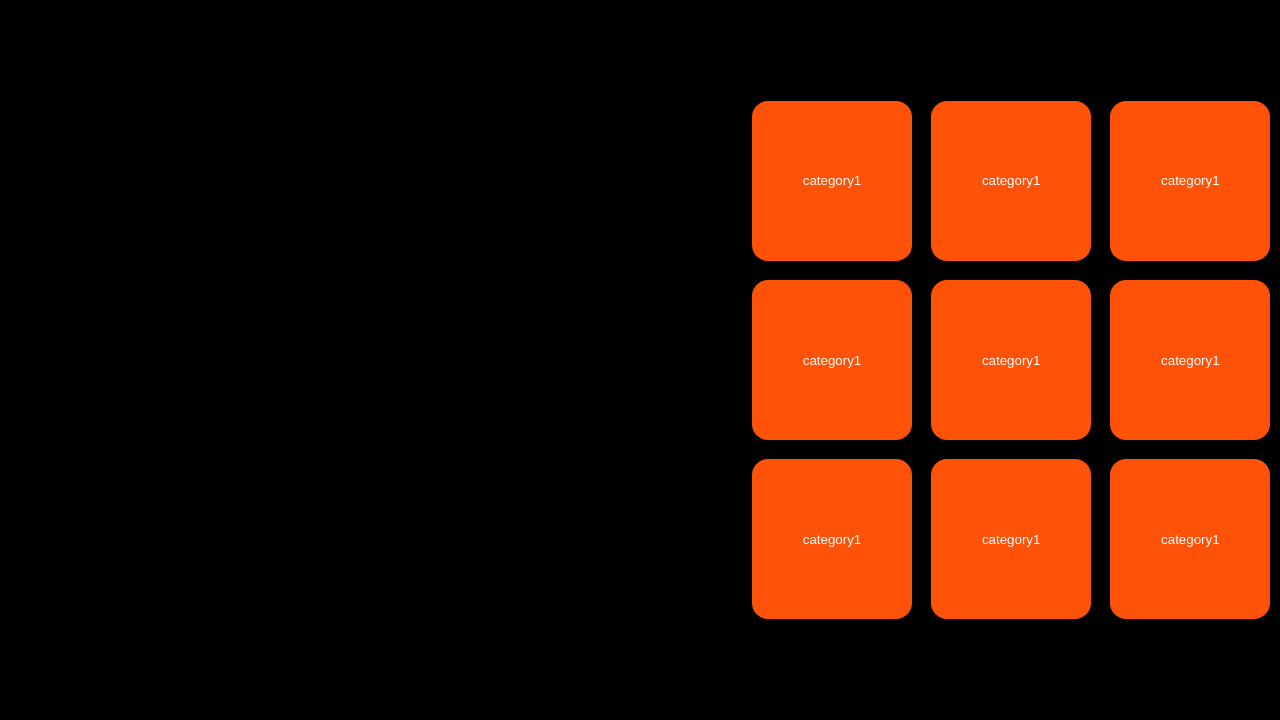
Repository: drumsmanku/react-capstone-project-2
Page: /categories
The author's editor kept a copy of each file at every save. The page is drawn from the files as they stood at one save, then again after the next save.
The browser window is 1280 px wide. The pictures show the whole page.
Some web fonts or font styles are not loaded; a fallback is used. The project was rebuilt for these pictures with package versions that can differ from the ones it lists, and the page was loaded fresh each time. Also part of the build but not shown: src/components/RegistrationPage.js, src/components/SubmitSuccess.js.

Above is the page before, as saved 2023-05-24 08:52:01.

### src/index.css
body,html{
  padding: 0;
  margin: 0;
}

### src/App.js
import './App.css';
import RegistrationPage from './components/RegistrationPage';
import SubmitSuccess from './components/SubmitSuccess';
import CategoriesPage from './components/CategoriesPage';
import { BrowserRouter as Router, Route, Routes} from 'react-router-dom';
function App() {
  const categories=['category1', 'category1','category1','category1','category1','category1','category1', 'category1','category1',];
  const colors=['#FF5209', '#FF5209','#FF5209','#FF5209','#FF5209','#FF5209','#FF5209','#FF5209','#FF5209',]
  return (
    <div className='App'>
      <Router>
        <Routes>
          <Route path='/' element={<RegistrationPage />}/>
          <Route path='/success' element={<SubmitSuccess/>}/>
          <Route path='/categories' element={<CategoriesPage categories={categories} backgroundcolor={colors} />}/>
        </Routes>
      </Router>
    </div>
  );
}

export default App;

### src/App.css
.App {
  margin: 0;
  padding: 0;

}

### src/components/CategoriesPage.js
import React from 'react'
import './CategoriesPage.css'

function CategoriesPage(props) {
  const{categories, backgroundcolor}=props
  return (
    <div className='container'>
      <div className='first-container'>

      </div>
      <div className='second-container'>
        <div className='category-container'>
          {categories.map((category, index)=>(
            <button style={{border:'none', background:'none',color:'white', backgroundColor:backgroundcolor[index], height:'10rem', width:'10rem', margin:'0.6rem', borderRadius:'1rem'}} key={index}>{category}</button>
          ))}
        </div>
        <div>
          {/* next page button */}
        </div>

      </div>
    </div>
  )
}

export default CategoriesPage

### src/components/RegistrationPage.css
@import url('https://fonts.googleapis.com/css2?family=Roboto:wght@900&display=swap');
@import url('https://fonts.googleapis.com/css2?family=Single+Day&display=swap');
@import url('https://fonts.googleapis.com/css2?family=DM+Sans&display=swap');
.reg-page{
  background-image: url('../Assets/back1.png');
  background-size: 50% 120%;
  background-repeat: no-repeat;
  height: 100vh;

  background-color: black;
  display: flex;
}
.first-div{
  font-family:'Roboto';
  color: white;
  width: 50%;
  height: 100vh;
  display: flex;
  justify-content: center;
  position: relative;
}
.first-first-div{
  width: 70%;
  position: absolute;
  bottom: 4.5rem;
}
.first-first-div h1{
  font-size: 3rem;
  padding: 0;
  margin: 0;
}
.second-div{
  height: inherit;
  width: 50%;
  display: flex;
  flex-direction: column;
  justify-content: center;
  align-items: center;
  color: white;
}
.second-div h1{
  font-family: 'Single Day';
  font-size: 3.3rem;
  color: #72DB73;
  font-weight: 400;
  margin: 0;
}
.second-div h4{
  font-family: 'DM Sans';
  font-weight: 200;
  margin-bottom: 2rem;
  margin-top: 1rem;
  font-size: 1.1rem;
}
form{
  display: flex;
  flex-direction: column;
}
form input[type=text]{
  margin: 0.7rem;
  width: 23rem;
  height: 2.9rem;
  border: none;
  background-color: #292929;
  border-radius: 0.1rem;
  font-family: 'DM Sans';
}
form input[type=number]{
  margin: 0.7rem;
  width: 23rem;
  height: 2.9rem;
  border: none;
  background-color: #292929;
  border-radius: 0.1rem;
  font-family: 'DM Sans';

}
form input[type=email]{
  margin: 0.7rem;
  width: 23rem;
  height: 2.9rem;
  border: none;
  background-color: #292929;
  border-radius: 0.1rem;
  font-family: 'DM Sans';
}

form input::placeholder{
  padding-left: 0.9rem;
  font-size: 1rem;
}
.checkbox1{
  width: 100%;
  display: flex;
  padding-left: 0.5rem;
  font-family: 'DM Sans';
  margin: 1.6rem 0 1.6rem 0;
  font-size: 0.9rem;
}
.checkbox1 input[type="checkbox"]{
  margin-right: 1rem;
  border: none;
  transform: scale(1.4);
}
form button{
  background-color: #72DB73;
  border: none;
  height: 3rem;
  width: 23rem;
  border-radius: 2.2rem;
  font-size: 1.4rem;
  font-family: 'DM Sans';
  font-weight: 600;
  color: white;
  letter-spacing: 0.2rem;
}

### src/components/CategoriesPage.css
.container{
  display:flex;
  background-color: black;
  height: 100vh;
  width: 100%;
}
.first-container{
  height: inherit;
  width: 40%;
}

.second-container{
  height: inherit;
  width: 60%;
  display: flex;
  flex-direction: column;
  justify-content: center;
  align-items: flex-end;

}
.category-container{
  width: 70%;

}

Loaded but not shown: public/index.html (common file); src/index.js (common file)

After the next save:
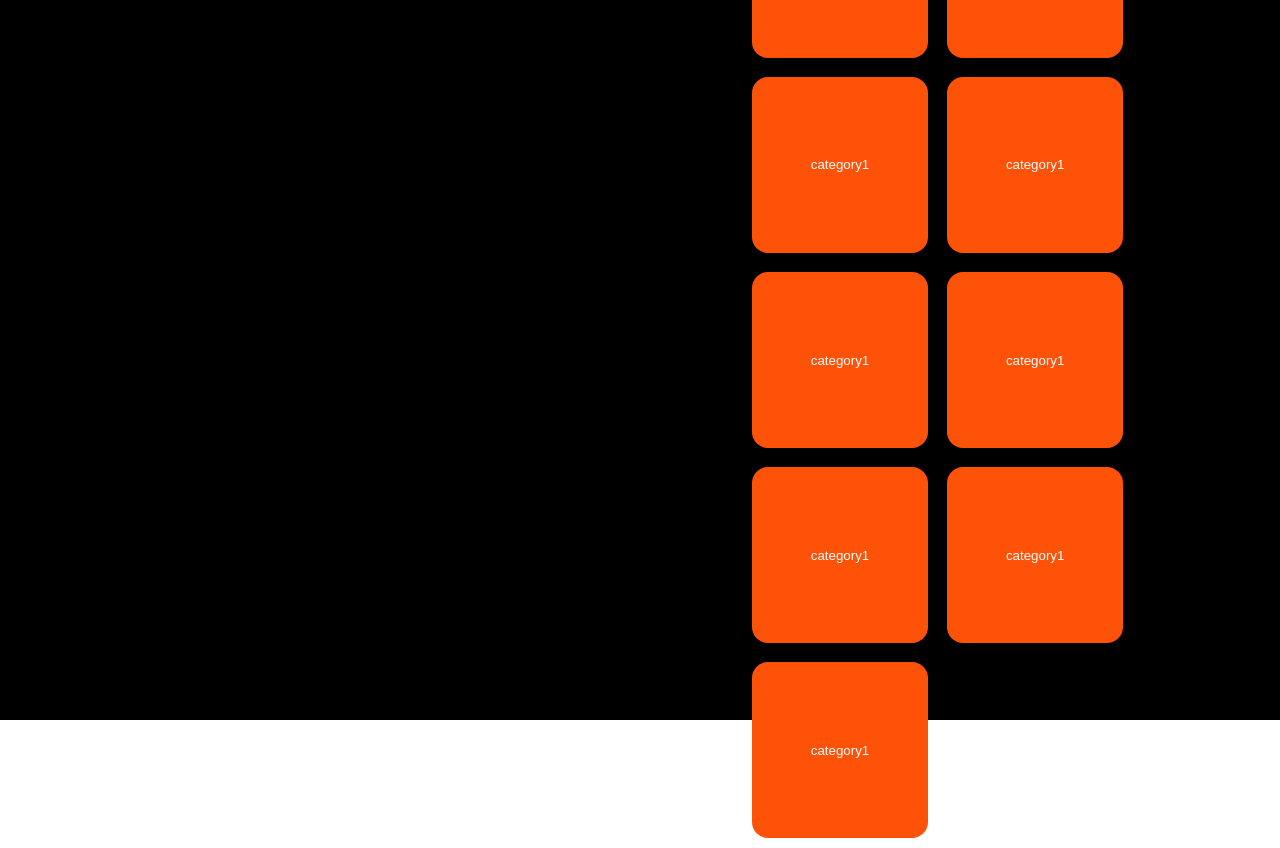
Saved 23 s later.
--- a/src/components/CategoriesPage.js
+++ b/src/components/CategoriesPage.js
@@ -11,7 +11,7 @@ function CategoriesPage(props) {
       <div className='second-container'>
         <div className='category-container'>
           {categories.map((category, index)=>(
-            <button style={{border:'none', background:'none',color:'white', backgroundColor:backgroundcolor[index], height:'10rem', width:'10rem', margin:'0.6rem', borderRadius:'1rem'}} key={index}>{category}</button>
+            <button style={{border:'none', background:'none',color:'white', backgroundColor:backgroundcolor[index], height:'11rem', width:'11rem', margin:'0.6rem', borderRadius:'1rem'}} key={index}>{category}</button>
           ))}
         </div>
         <div>
